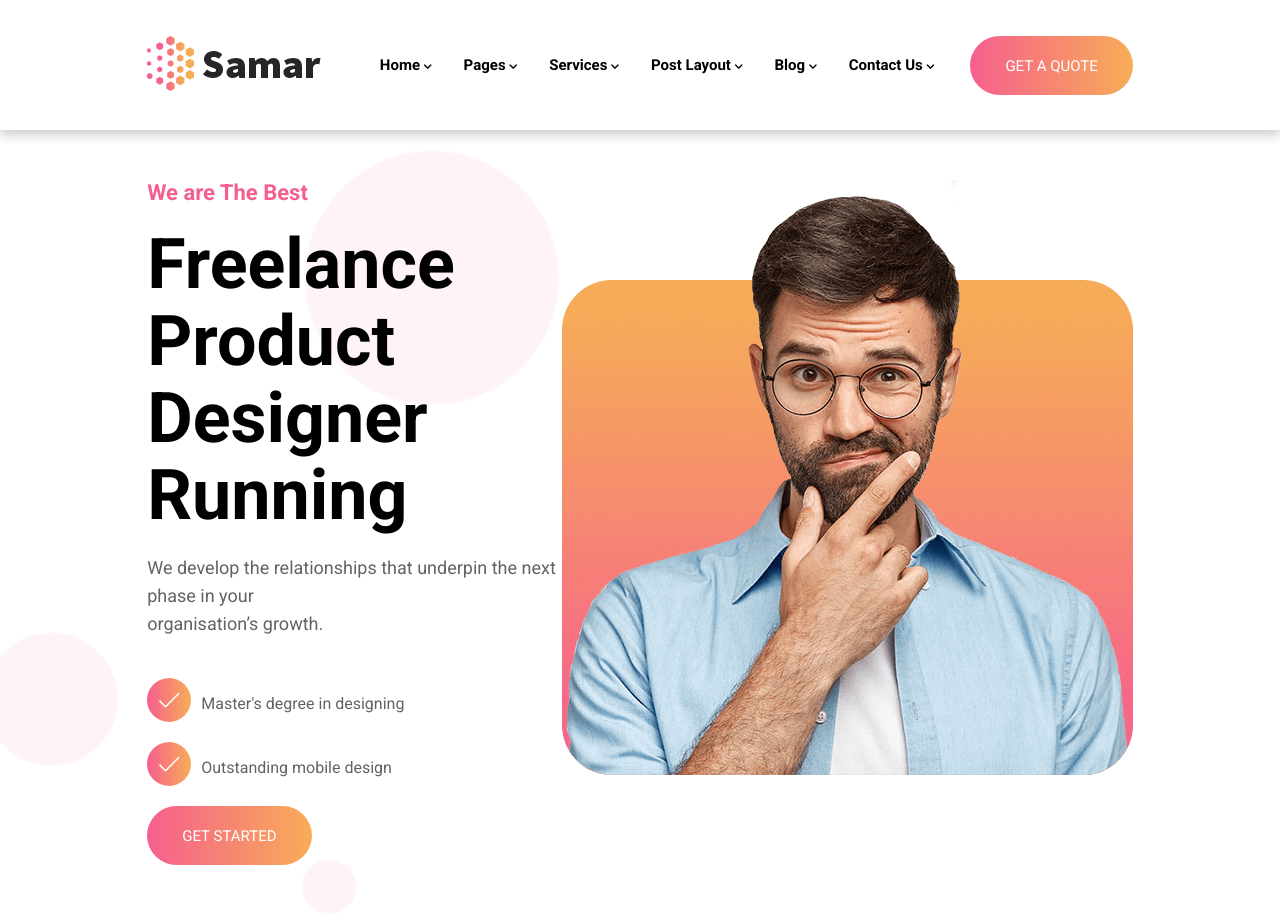
Repository: leequanganh/sammar
Page: html/index.html
An editor plug-in stored every save of this project. The page is shown before and after the next save, followed by the edit.
The browser window is 1280 px wide. The pictures show the whole page.

Above is the page before, as saved 2021-12-09 15:12:00.

### html/index.html
<!DOCTYPE html>
<html lang="en">
<head>
    <meta charset="UTF-8">
    <meta http-equiv="X-UA-Compatible" content="IE=edge">
    <meta name="viewport" content="width=device-width, initial-scale=1.0">
    <link rel="preconnect" href="https://fonts.googleapis.com">
<link rel="preconnect" href="https://fonts.gstatic.com" crossorigin>
<link href="https://fonts.googleapis.com/css2?family=Roboto:ital,wght@0,100;0,300;0,400;0,700;1,500;1,700;1,900&display=swap" rel="stylesheet">
            <!-- /////////////////// -->
    <link rel="stylesheet" href="../css/flaticon.css">
    <link rel="stylesheet" href="https://cdnjs.cloudflare.com/ajax/libs/line-awesome/1.3.0/line-awesome/css/line-awesome.min.css" integrity="sha512-vebUliqxrVkBy3gucMhClmyQP9On/HAWQdKDXRaAlb/FKuTbxkjPKUyqVOxAcGwFDka79eTF+YXwfke1h3/wfg==" crossorigin="anonymous" referrerpolicy="no-referrer" />
    <link rel="stylesheet" href="https://cdnjs.cloudflare.com/ajax/libs/font-awesome/5.15.4/css/all.min.css" integrity="sha512-1ycn6IcaQQ40/MKBW2W4Rhis/DbILU74C1vSrLJxCq57o941Ym01SwNsOMqvEBFlcgUa6xLiPY/NS5R+E6ztJQ==" crossorigin="anonymous" referrerpolicy="no-referrer" />
                 <!-- ////////////////////// -->
    <link rel="stylesheet" href="../css/index.css">
    <title>Document</title>
</head>
<body>
<!-- header start  -->
    <div class="header" id="navbar">

        <div class="header__contain">
            <div class="header_logo" id="logo">
                <img src="../img/logo-2.png" alt="">
            </div>
            <div class="header_nav">
                <ul>
                    <li> <a href=""> <span>Home</span>
                        <i class="fas fa-chevron-down"></i></a> </li>
                    <li> <a href=""><span>Pages</span>
                        <i class="fas fa-chevron-down"></i></a></li>
                    <li><a href=""> <span>Services</span>
                        <i class="fas fa-chevron-down"></i></a></li>
                    <li><a href=""> <span>Post Layout</span>
                        <i class="fas fa-chevron-down"></i></a></li>
                    <li><a href=""><span>Blog</span>
                        <i class="fas fa-chevron-down"></i></a></li>
                    <li><a href=""><span>Contact Us</span>
                        <i class="fas fa-chevron-down"></i></a></li>
                </ul>
                <div class="btn">
                    <a href="">GET A QUOTE</a>
                </div>
            </div>
        </div>
    </div>
<!-- header end  -->
<!-- banner start  -->
    <div class="banner">
        <div class="banner__contain">
            <div class="banner_text">
                <h4>We are The Best</h4>
                <h1>Freelance Product <br> Designer Running</h1>
                <p>We develop the relationships that underpin the next phase in your <br>
                    organisation’s growth.</p>
                <span><i class="las la-check"></i>Master's degree in designing</span>
                <span><i class="las la-check"></i>Outstanding mobile design</span>

                <!-- <ul>
                    <li>Master's degree in designing</li>
                    <li>Outstanding mobile design</li>

                </ul> -->
                <div class="btn"><a href="">GET STARTED</a></div>

            </div>
            <div class="banner_img">
                <img src="../img/pic3_1.png" alt="">
            </div>
        </div>
    </div>
<!-- banner end  -->
    <script src="https://code.jquery.com/jquery-3.6.0.min.js" integrity="sha256-/xUj+3OJU5yExlq6GSYGSHk7tPXikynS7ogEvDej/m4=" crossorigin="anonymous"></script>
    <script>
        $(document).ready(function(){
            $(window).scroll(function(){
                if($(this).scrollTop()){
                    $('header').addClass('sticky');
                }else{
                    $('header').removeClass('sticky');
                }
            })
        });
    </script>
</body>
</html>

### css/index.css
*{
padding: 0;
margin: 0;
border: 0;
box-sizing: border-box;
font-family: 'Roboto', sans-serif;
}
body{
    /* height: 9000px;
    background-color: antiquewhite; */
}
/* header-start  */
.header{
    display: flex;
    justify-content: center;
    position: fixed;
        width: 100%;
        top: 0;
    z-index: 1;
    box-shadow: 0px 5px 10px rgba(0, 0, 0,0.2);
    overflow: hidden;
    transition: 0.5s;
    background: rgba(0,0,0,0);
}
.header__contain{
    width: 77%;
    display: flex;
    justify-content: space-between;
    align-items: center;
}
.header_nav {
    width: 80%;
    display: flex;
    justify-content: flex-end;
    align-items: center;
}
ul{
    display: flex;
}
.header_nav ul li{
    transition: 0.3s;
    padding: 55px 16px ;
    list-style: none;
}
.header_nav li a {
    font-size: 15px;
    list-style: none;
    text-decoration: none;
    color: black;
    font-weight: 600;
}
.header_nav li a span{
    line-height: 20px;
}
.header_nav li:hover{
    cursor: pointer;
}
.header_nav li a {
    display: inline-block;
}
span{
    display: inline-block;
}
.header_nav li:hover a span  {
   animation-name: upToDown;
   animation-duration: 0.5s;
   color: #f55f8d;
   cursor: pointer;
}
.header_nav li:hover a i{
   color: #f55f8d;
}
.header_nav li a i{
    font-size: 9px;
}
.header .btn{
    margin-left: 20px;
}
.btn {
    padding: 20px 35px;
    border-radius: 30px;
    border-width: 1px;
    background-image: linear-gradient(to right,#f55f8d 0,#f8ae56 51%,#f55f8d 100%);
    background-position: left bottom;
    background-size: 200%;
    transition: 0.5s;
}
.btn a{
    color: white;
    line-height: 18px;
    font-size: 15px;
    font-weight: 500;
    text-decoration: none;

}
.btn:hover {
    background-position: right center;
}
/* header-end  */
/* banner start  */
.banner {
    background-image: url(../img/pic2.png);
    background-size: cover;
    background-repeat: no-repeat;
    /* background-position: center; */
    padding-top: 130px;
    display: flex;
    flex-direction: row;
    justify-content: center;
}
.banner__contain{
    display: flex;
    /* overflow: visible; */
    padding: 50px 0;
    justify-content: space-between;
    width: 77%;
}
.banner_text{
    display: flex;
    flex-direction: column;
    align-items:flex-start;
    width: 80%;
}
.banner_text h4{
    color: #f55f8d;
    font-size: 22px;
    font-weight: 600;
    line-height: 26px;
    margin-bottom: 20px;
}
.banner_text h1{
    font-size: 70px;
    line-height: 1.1;
    font-weight: 800;
    margin-bottom: 20px;

}
.banner_text p{
    color: #636363;
    font-size: 18px;
    line-height: 28px;
    margin-bottom: 20px;
}
.banner_text span{
    margin: 20px 0 0 0;
    color: #636363;
}
.banner_text span i{
    font-size: 24px;
    padding: 10px;
    background-image: linear-gradient(to right,#f55f8d 0,#f8ae56 51%,#f55f8d 100%);
    border-radius: 50%;
    background-size: 200%;
    color: white;
    margin-right: 10px;
}
.banner_text .btn{
    margin-top: 20px;
}

.banner_img{
    /* width: 40%; */
}

.banner_img{
    /* position: relative; */
}

/* banner end  */
/* animate  */
@keyframes upToDown {
    49% {
      transform: translateY(100%);
    }
    50% {
      opacity: 0;
      transform: translateY(-100%);
    }
    51% {
      opacity: 1;
    }
  }
/* animate  */

Loaded but not shown: css/flaticon.css (common file)

After the next save:
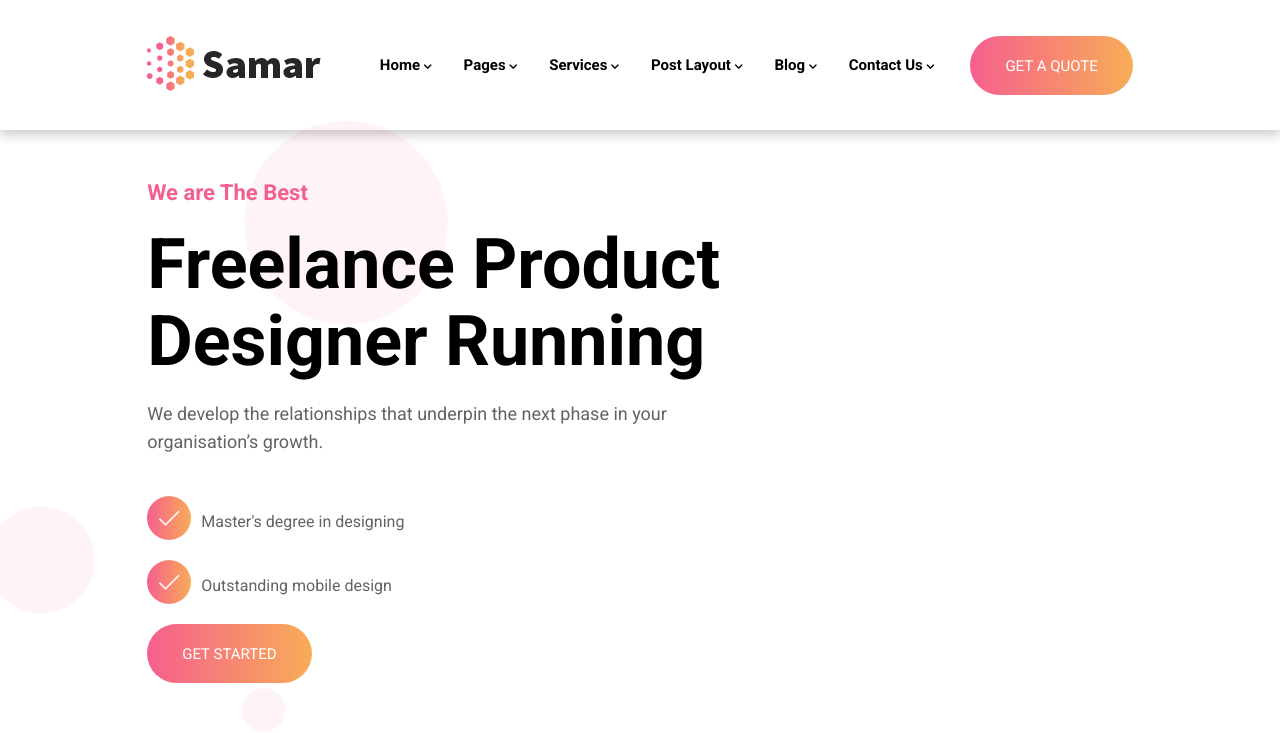
Saved 15 s later.
--- a/html/index.html
+++ b/html/index.html
@@ -64,9 +64,9 @@
                 <div class="btn"><a href="">GET STARTED</a></div>
 
             </div>
-            <div class="banner_img">
+            <!-- <div class="banner_img">
                 <img src="../img/pic3_1.png" alt="">
-            </div>
+            </div> -->
         </div>
     </div>
 <!-- banner end  -->
